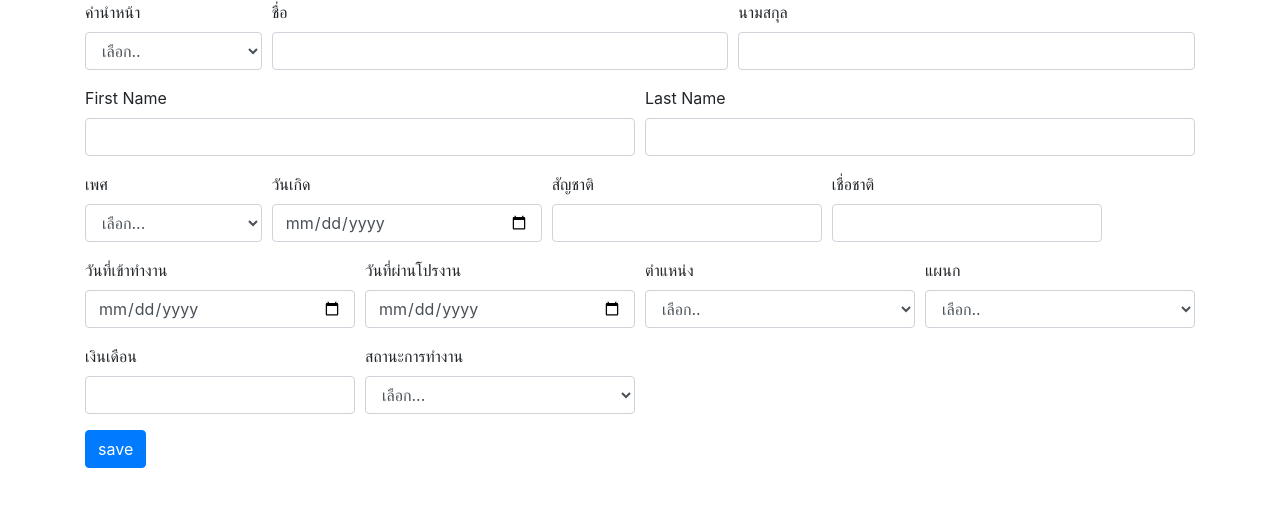
Repository: p2job/javawebapp
Page: http://localhost/demojsp/insert.jsp
These files come from the project's save history. The page is drawn as it stood at one moment and after the next save; the edit follows.
The browser window is 1280 px wide. The pictures show the whole page.
The page is served by Tomcat 9. Queries for data that is not in the repository find no rows.

Above is the page before, as saved 2020-07-31 06:55:22.

After the next save:
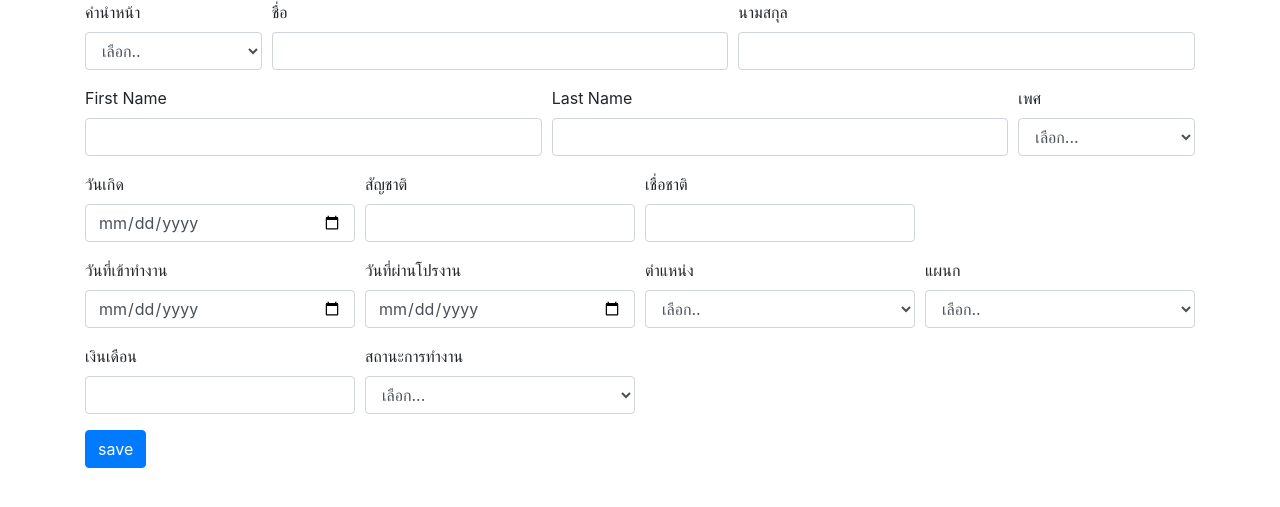
Saved 21 min 36 s later.
--- a/demojsp/WebContent/insert.jsp
+++ b/demojsp/WebContent/insert.jsp
@@ -33,16 +33,14 @@
                 </div>
             </div>
             <div class="form-row">
-                <div class="form-group col-md-6">
+                <div class="form-group col-md-5">
                     <label for="inputFirst_Name_Eng">First Name</label>
                     <input type="text" class="form-control" id="First_Name_Eng" name="First_Name_Eng">
                 </div>
-                <div class="form-group col-md-6">
+                <div class="form-group col-md-5">
                     <label for="inputLast_Name_Eng">Last Name</label>
                     <input type="text" class="form-control" id="Last_Name_Eng" name="Last_Name_Eng">
                 </div>
-            </div>
-            <div class="form-row">
                 <div class="form-group col-md-2">
                     <label for="inputSex">เพศ</label>
                     <select id="Sex" class="form-control" name="Sex">
@@ -51,6 +49,8 @@
                         <option value="F">หญิง</option>
                     </select>
                 </div>
+            </div>
+            <div class="form-row">
                 <div class="form-group col-md-3">
                     <label for="inputBirth_Date">วันเกิด</label>
                     <input type="date" class="form-control" id="Birth_Date" name="Birth_Date">
